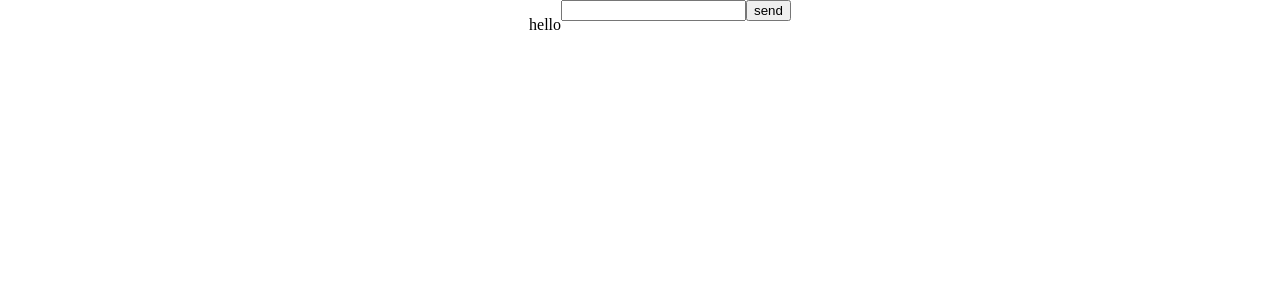
Repository: RiteshK555/chat-app
Page: index.html
An editor plug-in stored every save of this project. The page is shown before and after a run of saves, followed by the edit.
The browser window is 1280 px wide. The pictures show the whole page.

Above is the page before, as saved 2021-09-25 00:39:41.

### index.html
<!DOCTYPE html>
<!--[if lt IE 7]>      <html class="no-js lt-ie9 lt-ie8 lt-ie7"> <![endif]-->
<!--[if IE 7]>         <html class="no-js lt-ie9 lt-ie8"> <![endif]-->
<!--[if IE 8]>         <html class="no-js lt-ie9"> <![endif]-->
<!--[if gt IE 8]>      <html class="no-js"> <!--<![endif]-->
<html>
    <head>
        <meta charset="utf-8">
        <meta http-equiv="X-UA-Compatible" content="IE=edge">
        <title>CHAT</title>
        <meta name="description" content="">
        <meta name="viewport" content="width=device-width, initial-scale=1">
        <link rel="stylesheet" type="text/css" href="./styles.css">
    </head>
    <body>
    <div id="whole">
        <div id="messagespart">
            <ul id="messages">hello</ul>
        </div>
        <div id="sendpart">
            <form id="form" action="">
                <input id="input" autocomplete="off"/><button id="button" type="submit">send</button>
            </form>
        </div>
    </div>
        <!--[if lt IE 7]>
            <p class="browsehappy">You are using an <strong>outdated</strong> browser. Please <a href="#">upgrade your browser</a> to improve your experience.</p>
        <![endif]-->

    </body>
</html>

### styles.css
#button{
    margin:0px;
}
/* #h1{
    color:red;
} */
body{
    margin:0px;
}
#whole{
    /* margin:0px; */
    display:flex;
    justify-content:center;
    /* flex-direction:column; */
    /* margin:0px; */
}
#sendpart{
    display:flex;
    /* flex-direction:row; */
    /* position: absolute; */
    /* bottom:0; */
    /* justify-content:flex-start; */
    /* width:100vw; */
    /* padding-top:100vh; */
    /* justify-content:center; */
}
#input{
    display:inline-flex;
    flex:1;
    /* border:none; */
}
#button{
    display:inline-flex;
    flex:1;
}

After the next 2 saves:
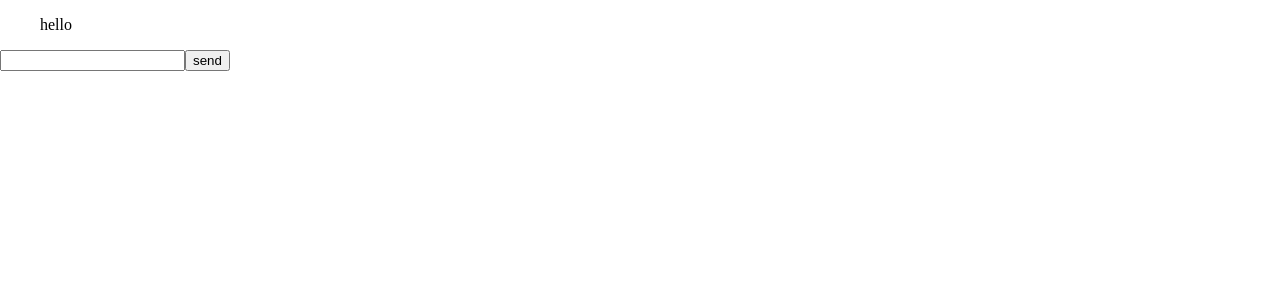
The 2 saves are shown as one change because they came seconds apart.
The last was saved 17 s later.
--- a/styles.css
+++ b/styles.css
@@ -10,8 +10,8 @@ body{
 #whole{
     /* margin:0px; */
     display:flex;
-    justify-content:center;
-    /* flex-direction:column; */
+    /* justify-content:center; */
+    flex-direction:column;
     /* margin:0px; */
 }
 #sendpart{
